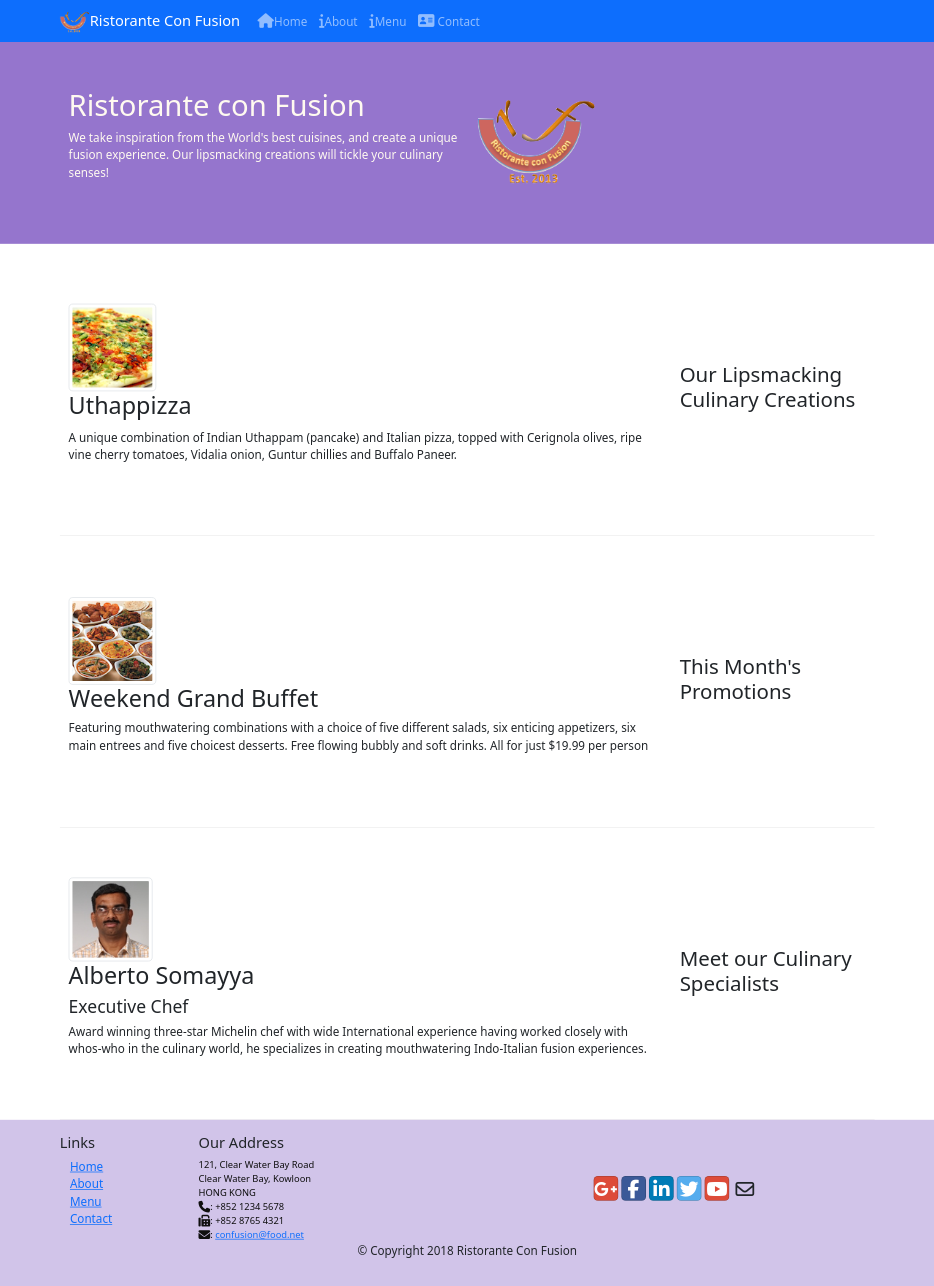
Repository: DungBuiTuan/FER201m
Page: index.html
An editor plug-in stored every save of this project. The page is shown before and after the next save, followed by the edit.
The browser window is 1280 px wide. The pictures show the whole page, at 73% of full size.
Some web libraries are served in a nearby version.

Above is the page before, as saved 2023-05-19 23:23:28.

### index.html
<!DOCTYPE html>
<html lang="en">
  <head>
    <meta charset="utf-8" />
    <meta
      name="viewport"
      content="width=device-width, initial-scale=1, shrink-to-fit=no"
    />
    <meta http-equiv="x-ua-compatible" content="ie=edge" />
    <!-- Bootstrap CSS -->
    <link
      rel="stylesheet"
      href="node_modules/bootstrap/dist/css/bootstrap.min.css"
    />
    <link rel="stylesheet" href="node_modules/font-awesome/css/font-awesome.min.css">
    <link rel="stylesheet" href="node_modules/bootstrap-social/bootstrap-social.css">
    <link href="css/styles.css" rel="stylesheet" />

    <title>Ristorante Con Fusion</title>
  </head>

  <body>
    <nav class="navbar navbar-dark navbar-expand-sm bg-primary fixed-top">
      <div class="container">
        <button
          class="navbar-toggler"
          type="button"
          data-toggle="collapse"
          data-target="#Navbar"
        >
          <span class="navbar-toggler-icon"></span>
        </button>

        <a class="navbar-brand mr-auto" href="#"><img src="img/img/logo.png" height="30" width="41">Ristorante Con Fusion</a>
        <div class="collapse navbar-collapse" id="Navbar">
            <ul class="navbar-nav mr-auto">
                <li class="nav-item active"><a class="nav-link" href="./index.html"><span class="fa fa-home fa-lg"></span>Home</a></li>
                <li class="nav-item">
                  <a class="nav-link" href="./aboutus.html"><span class="fa fa-info fa-lg"></span>About</a>
                </li>
                <li class="nav-item"><a class="nav-link" href="#"><span class="fa fa-info fa-lg"></span>Menu</a></li>
                <li class="nav-item"><a class="nav-link" href="contactus.html"><span class="fa fa-address-card fa-lg"></span> Contact</a></li>
              </ul>
        </div>
      </div>
    </nav>

    <header class="jumbotron">
      <div class="container">
        <div class="row row-header">
          <div class="col-12 col-sm-6">
            <h1>Ristorante con Fusion</h1>
            <p>
              We take inspiration from the World's best cuisines, and create a
              unique fusion experience. Our lipsmacking creations will tickle
              your culinary senses!
            </p>
          </div>
          <div class="col-12 col-sm align-self-center">
            <img src="img/img/logo.png" class="img-fluid">
        </div>

        </div>
      </div>
    </header>

    <div class="container">
      <div class="row row-content align-items-center">
        <div class="col col-sm col-md">
            <div class="media">
                <img class="d-flex mr-3 img-thumbnail align-self-center"
                        src="img/img/uthappizza.png" alt="Uthappizza">
                <div class="media-body">
                    <h2 class="mt-0"></span>Uthappizza<span class="badge badge-danger">HOT</span><span class="badge badge-pill badge-secondary">$4.99</span></h2>
                    <p class="d-none d-sm-block">A unique combination of Indian Uthappam (pancake) and
                        Italian pizza, topped with Cerignola olives, ripe vine
                        cherry tomatoes, Vidalia onion, Guntur chillies and
                        Buffalo Paneer.</p>
                </div>
            </div>

        </div>
        <div class="col-12 col-sm-4 col-md-3">
          <h3>Our Lipsmacking Culinary Creations</h3>
        </div>
      </div>

      <div class="row row-content align-items-center">
        <div class="col col-sm col-md">
          <div class="media">
            <img class="d-flex mr-3 img-thumbnail align-self-center"
                    src="img/img/buffet.png" alt="Alberto Somayya">
            <div class="media-body">
                <h2 class="mt-0">Weekend Grand Buffet</h2>
                <p class="d-none d-sm-block">Featuring mouthwatering combinations with a choice of five different
                    salads, six enticing appetizers, six main entrees and five choicest
                    desserts. Free flowing bubbly and soft drinks. All for just $19.99
                    per person
                    </p>
            </div>
        </div>
        </div>
        <div class="col-12 col-sm-4 col-md-3">
          <h3>This Month's Promotions</h3>
        </div>
      </div>

      <div class="row row-content align-items-center">
        <div class="col col-sm col-md">
            <div class="media">
                <img class="d-flex mr-3 img-thumbnail align-self-center"
                        src="img/img/alberto.png" alt="Alberto Somayya">
                <div class="media-body">
                    <h2 class="mt-0">Alberto Somayya</h2>
                    <h4>Executive Chef</h4>
                    <p class="d-none d-sm-block">Award winning three-star Michelin chef with wide
                        International experience having worked closely with
                        whos-who in the culinary world, he specializes in
                        creating mouthwatering Indo-Italian fusion experiences.
                        </p>
                </div>
            </div>

        </div>
        <div class="col-12 col-sm-4 col-md-3">
          <h3>Meet our Culinary Specialists</h3>
        </div>
      </div>
    </div>

    <footer class="footer">
      <div class="container">
        <div class="row">
          <div class="col-4 col-sm-2">
            <h5>Links</h5>
            <ul class="col-4 offset-1 col-sm-2 list-unstyled">
              <li><a href="BTgrid.html">Home</a></li>
              <li><a href="#">About</a></li>
              <li><a href="#">Menu</a></li>
              <li><a href="#">Contact</a></li>
            </ul>
          </div>
          <div class="col-7 col-sm-5">
            <h5>Our Address</h5>
            <address>
                121, Clear Water Bay Road<br />
                Clear Water Bay, Kowloon<br />
                HONG KONG<br />
                <i class="fa fa-phone fa-lg"></i>: +852 1234 5678<br>
                <i class="fa fa-fax fa-lg"></i>: +852 8765 4321<br>
                <i class="fa fa-envelope fa-lg"></i>:
                <a href="mailto:confusion@food.net">confusion@food.net</a>
              </address>
          </div>
          <div class="col-12 col-sm-4 align-self-center">
            <div class="text-center">
              <a
                class="btn btn-social-icon btn-google"
                href="http://google.com/+"
                ><i class="fa fa-google-plus"></i
              ></a>
              <a
                class="btn btn-social-icon btn-facebook"
                href="http://www.facebook.com/profile.php?id="
                ><i class="fa fa-facebook"></i
              ></a>
              <a
                class="btn btn-social-icon btn-linkedin"
                href="http://www.linkedin.com/in/"
                ><i class="fa fa-linkedin"></i
              ></a>
              <a
                class="btn btn-social-icon btn-twitter"
                href="http://twitter.com/"
                ><i class="fa fa-twitter"></i
              ></a>
              <a
                class="btn btn-social-icon btn-google"
                href="http://youtube.com/"
                ><i class="fa fa-youtube"></i
              ></a>
              <a class="btn btn-social-icon" href="mailto:"
                ><i class="fa fa-envelope-o"></i
              ></a>
            </div>
          </div>
        </div>
        <div class="row justify-content-center">
          <div class="col-auto">
            <p>© Copyright 2018 Ristorante Con Fusion</p>
          </div>
        </div>
      </div>
    </footer>
    <!-- jQuery first, then Popper.js, then Bootstrap JS. -->
    <script src="node_modules/jquery/dist/jquery.slim.min.js"></script>
    <script src="node_modules/popper.js/dist/umd/popper.min.js"></script>
    <script src="node_modules/bootstrap/dist/js/bootstrap.min.js"></script>
  </body>
</html>

### css/styles.css
body{
    padding:50px 0px 0px 0px;
    z-index:0;
}

.navbar-dark {
     background-color: #512DA8;
}

.row-header{
    margin:0px auto;
    padding:0px;
}

.row-content {
    margin:0px auto;
    padding: 50px 0px 50px 0px;
    border-bottom: 1px ridge;
    min-height:400px;
}

.footer{
    background-color: #D1C4E9;
    margin:0px auto;
    padding: 20px 0px 20px 0px;
}

.jumbotron {
    padding:70px 30px 70px 30px;
    margin:0px auto;
    background: #9575CD ;
    color:floralwhite;
}

address{
    font-size:80%;
    margin:0px;
    color:#0f0f0f;
}

.tab-content {
    border-left: 1px solid #ddd;
    border-right: 1px solid #ddd;
    border-bottom: 1px solid #ddd;
    padding: 10px;
}

Loaded but not shown: LAB1/bootstrap-social.css (library)

After the next save:
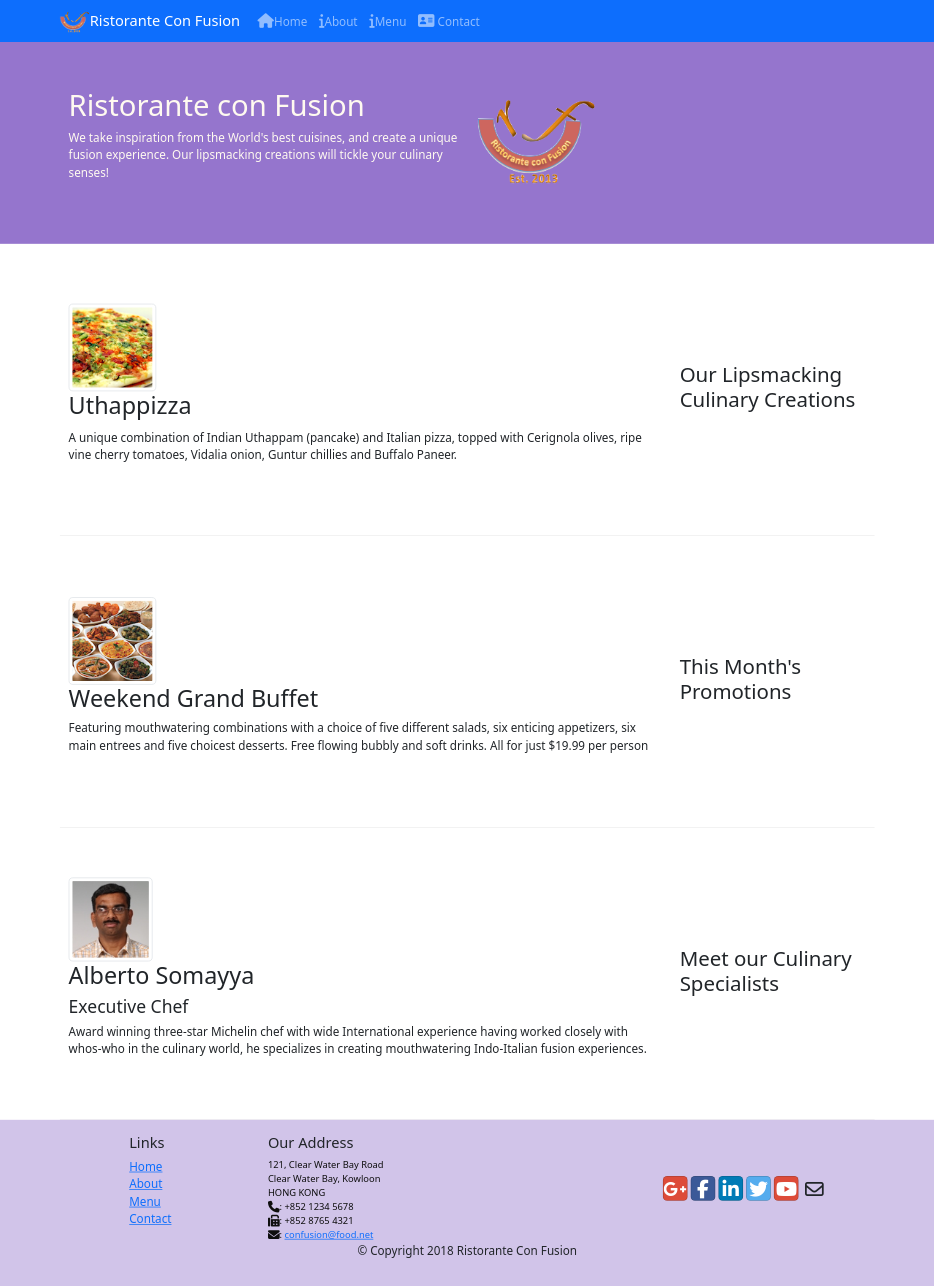
Saved 67 s later.
--- a/index.html
+++ b/index.html
@@ -131,10 +131,10 @@
     <footer class="footer">
       <div class="container">
         <div class="row">
-          <div class="col-4 col-sm-2">
+          <div class="col-4 offset-1 col-sm-2">
             <h5>Links</h5>
-            <ul class="col-4 offset-1 col-sm-2 list-unstyled">
-              <li><a href="BTgrid.html">Home</a></li>
+            <ul class="list-unstyled">
+              <li><a href="#">Home</a></li>
               <li><a href="#">About</a></li>
               <li><a href="#">Menu</a></li>
               <li><a href="#">Contact</a></li>
@@ -143,14 +143,14 @@
           <div class="col-7 col-sm-5">
             <h5>Our Address</h5>
             <address>
-                121, Clear Water Bay Road<br />
-                Clear Water Bay, Kowloon<br />
-                HONG KONG<br />
-                <i class="fa fa-phone fa-lg"></i>: +852 1234 5678<br>
-                <i class="fa fa-fax fa-lg"></i>: +852 8765 4321<br>
-                <i class="fa fa-envelope fa-lg"></i>:
-                <a href="mailto:confusion@food.net">confusion@food.net</a>
-              </address>
+              121, Clear Water Bay Road<br />
+              Clear Water Bay, Kowloon<br />
+              HONG KONG<br />
+              <i class="fa fa-phone fa-lg"></i>: +852 1234 5678<br />
+              <i class="fa fa-fax fa-lg"></i>: +852 8765 4321<br />
+              <i class="fa fa-envelope fa-lg"></i>:
+              <a href="mailto:confusion@food.net">confusion@food.net</a>
+            </address>
           </div>
           <div class="col-12 col-sm-4 align-self-center">
             <div class="text-center">
